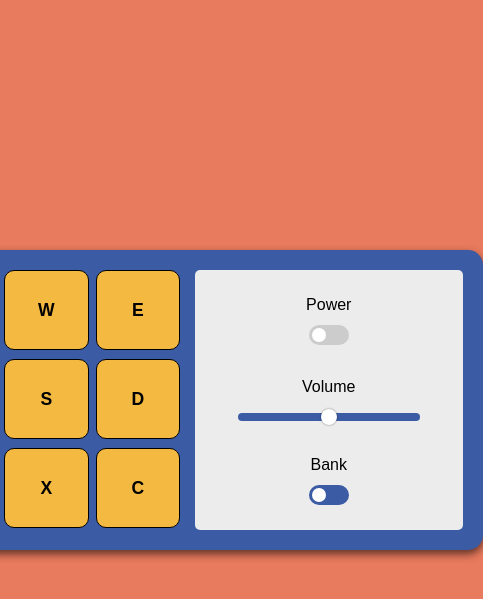
Repository: alfredoleano/drum-machine
Page: /
The author's editor kept a copy of each file at every save. The page is drawn from the files as they stood at one save, then again after the next save.
The browser window is 375 px wide. The page is 483 px wide, then 375 px, so the pictures cover 483 px, including what lies to the right of the window. The pictures show the whole page.
The project was rebuilt for these pictures with package versions that can differ from the ones it lists, and the page was loaded fresh each time.

Above is the page before, as saved 2024-06-14 13:34:57.

After the next save:
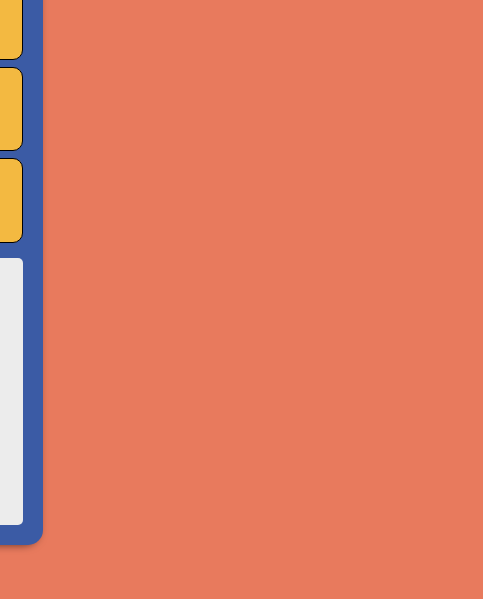
Saved 11 s later.
--- a/src/styles.scss
+++ b/src/styles.scss
@@ -275,7 +275,7 @@ input[type="range"]::-ms-track {
     height: 80vw; /* Adjusted height to fit within viewport width when rotated */
     // left: 50%; /* Centers the element horizontally */
     // top: 50%;  /* Centers the element vertically */
-    // transform: translate(-50%, -50%) rotate(90deg); /* Adjusts positioning and rotates */
-    // transform-origin: center center;
+    transform: translate(-50%, -50%) rotate(90deg); /* Adjusts positioning and rotates */
+    transform-origin: center center;
   }
 }
